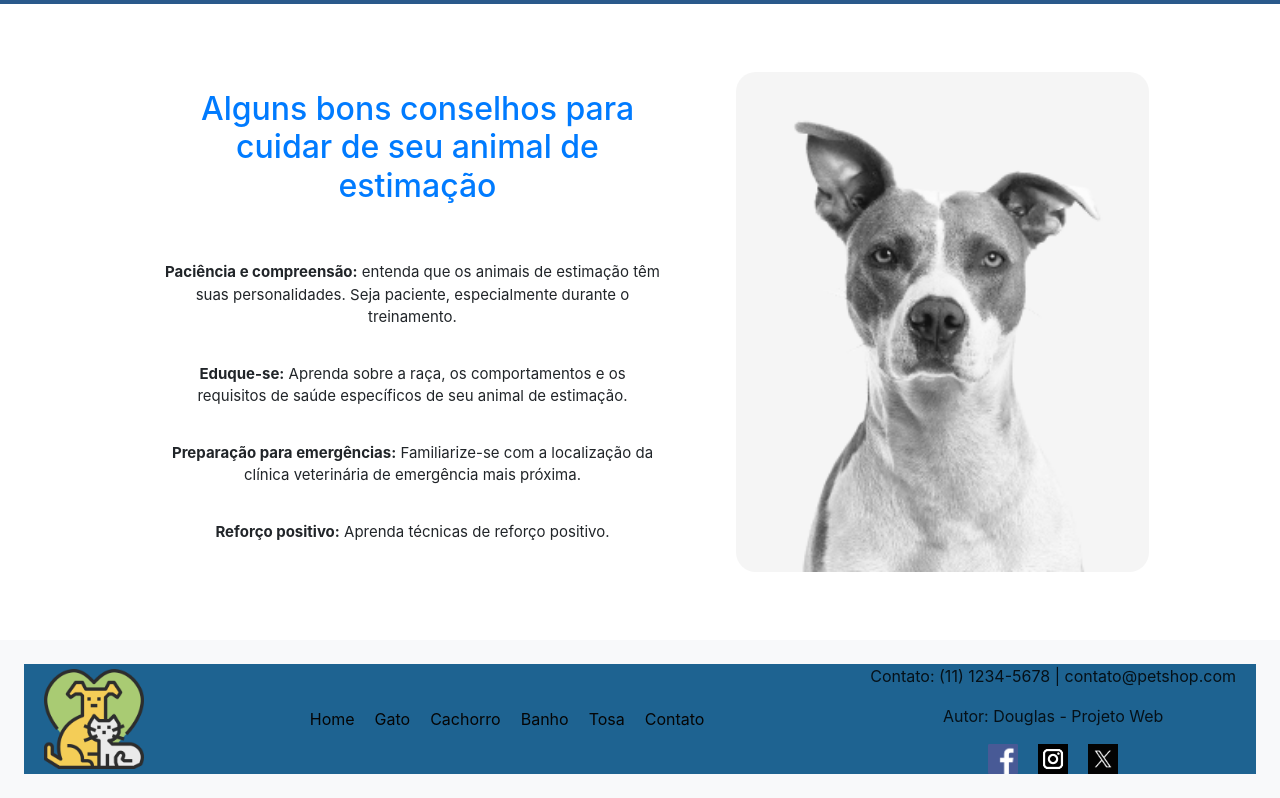
Repository: graeff01/petshop-project
Page: index.html
The author's editor kept a copy of each file at every save. The page is drawn from the files as they stood at one save, then again after the next save.
The browser window is 1280 px wide. The pictures show the part of the page from y = 870 to 1668 px (the page is 1668 px tall).
A picture or video elsewhere on the page could not be fetched, so the positions and the page height are approximate.

Above is the page before, as saved 2024-09-18 11:39:53.

### index.html
<!DOCTYPE html>
<html lang="pt-br">
<head>
    <meta charset="UTF-8">
    <meta name="viewport" content="width=device-width, initial-scale=1.0">
    <title>PetShop - Home</title>
    <link rel="stylesheet" href="css/style.css">
    <link href="https://maxcdn.bootstrapcdn.com/bootstrap/4.5.2/css/bootstrap.min.css" rel="stylesheet">
</head>
<body>
    <!-- Cabeçalho com menu de navegação -->
    <header class="blue-background text-center p-4">
        <h1>Encontre tudo o que você precisa para seu animal de estimação</h1>
        <nav>
            <ul class="nav justify-content-center">
                <li class="nav-item">
                    <a class="nav-link active" href="index.html">Home</a>
                </li>
                <li class="nav-item">
                    <a class="nav-link" href="gato.html">Serviço para Gatos</a>
                </li>
                <li class="nav-item">
                    <a class="nav-link" href="dog.html">Serviço para Cachorros</a>
                </li>
                <li class="nav-item">
                    <a class="nav-link" href="banho.html">Banho</a>
                </li>
                <li class="nav-item">
                    <a class="nav-link" href="tosa.html">Tosa</a>
                </li>
                <li class="nav-item">
                    <a class="nav-link" href="contato.html">Contato</a>
                </li>
            </ul>
        </nav>
    </header>


<!-- Seção com título explicativo -->
<section class="carousel-section container mt-5">
    <h2 class="text-center mb-4">Clique sobre o animal e vá para a sessão dele</h2> <!-- Título centralizado -->

    <!-- Carrossel de Imagens -->
    <div id="carouselExampleIndicators" class="carousel slide" data-ride="carousel">
        <div class="carousel-inner">
            <div class="carousel-item active">
                <a href="gato.html">
                    <img class="d-block w-100" src="img/cat.png" alt="Primeira imagem">
                </a>
            </div>
            <div class="carousel-item">
                <a href="dog.html">
                    <img class="d-block w-100" src="img/dog.png" alt="Segunda imagem">
                </a>
            </div>
        </div>
        <a class="carousel-control-prev" href="#carouselExampleIndicators" role="button" data-slide="prev">
            <span class="carousel-control-prev-icon" aria-hidden="true"></span>
            <span class="sr-only">Previous</span>
        </a>
        <a class="carousel-control-next" href="#carouselExampleIndicators" role="button" data-slide="next">
            <span class="carousel-control-next-icon" aria-hidden="true"></span>
            <span class="sr-only">Next</span>
        </a>
    </div>
</section>


    <!-- Seção de Fidelidade -->
    <section class="membership text-center p-4">
        <div class="membership-content d-flex align-items-center justify-content-center">
            <div class="membership-text text-center">
                <h3>Torne-se um membro<br>E obtenha desconto</h3>
                <a href="cliente.html" class="btn btn-dark">Virar Membro</a>
            </div>
            <div class="membership-image">
                <img src="img/fidelidade.jpg" alt="Gift" class="img-fluid">
            </div>
        </div>
    </section>

    <!-- Conselhos -->
    <main class="container mt-5">
        <div class="advice-section d-flex justify-content-center align-items-center">
            <div class="advice-text text-center">
                <h2>Alguns bons conselhos para cuidar de seu animal de estimação</h2><br><br>
                <p><strong>Paciência e compreensão:</strong> entenda que os animais de estimação têm suas personalidades. Seja paciente, especialmente durante o treinamento.</p> <br>
                <p><strong>Eduque-se:</strong> Aprenda sobre a raça, os comportamentos e os requisitos de saúde específicos de seu animal de estimação.</p><br>
                <p><strong>Preparação para emergências:</strong> Familiarize-se com a localização da clínica veterinária de emergência mais próxima.</p><br>
                <p><strong>Reforço positivo:</strong> Aprenda técnicas de reforço positivo.</p>
            </div>
            <div class="advice-image text-center">
                <img src="img/dogg.png" alt="Dog Advice" class="img-fluid">
            </div>
        </div>
    </main>

    <!-- Rodapé com informações de contato -->
    <footer class="footer mt-5 p-4 bg-light text-center">
        <div class="footer-container">
            <div class="footer-left">
                <img src="img/logo.png" alt="PetShop Logo" class="footer-logo">
            </div>
            <div class="footer-center">
                <ul class="footer-links">
                    <li><a href="index.html">Home</a></li>
                    <li><a href="gato.html">Gato</a></li>
                    <li><a href="dog.html">Cachorro</a></li>
                    <li><a href="banho.html">Banho</a></li>
                    <li><a href="tosa.html">Tosa</a></li>
                    <li><a href="contato.html">Contato</a></li>
                </ul>
            </div>
            <div class="footer-right">
                <p>Contato: (11) 1234-5678 | contato@petshop.com</p>
                <p>Autor: Douglas - Projeto Web</p>
                <div class="social-icons">
                    <a href="#"><img src="img/face.png" alt="Facebook"></a>
                    <a href="#"><img src="img/insta.png" alt="Instagram"></a>
                    <a href="#"><img src="img/x.png" alt="Twitter"></a>
                </div>
            </div>
        </div>
    </footer>

    <script src="https://code.jquery.com/jquery-3.5.1.slim.min.js"></script>
    <script src="https://cdn.jsdelivr.net/npm/@popperjs/core@2.9.2/dist/umd/popper.min.js"></script>
    <script src="https://maxcdn.bootstrapcdn.com/bootstrap/4.5.2/js/bootstrap.min.js"></script>
</body>
</html>

### css/style.css
/* Estilos globais */
body {
    font-family: Arial, sans-serif;
    margin: 0;
    padding: 0;
}

/* Cabeçalho */
header.blue-background {
    background-color: #2a598b;
    color: white;
    padding: 5px 0;
    text-align: center;
    width: 100%;
    box-sizing: border-box;
}

header.blue-background h1 {
    font-size: 24px;
}

nav ul {
    width: 100%;

    list-style: none; /* Remove marcadores de lista */
    display: flex;
    background-color: #2a619cce;
    padding: 5px 0;
}

nav ul li {
    margin: 0;
    padding: 0;
}

nav ul li a {
    color: rgb(255, 255, 255);
    text-decoration: none;
    font-size: 15px;
    transition: color 0.3s ease;
}

nav ul li a:hover {
    color: #2a3085;
}

/* Barra de busca */
.search-bar {
    padding: 10px;
    font-size: 16px;
    width: 50%;
    margin: 20px auto;
    border-radius: 20px;
    border: 2px solid #ffffff;
    transition: all 0.3s ease;
}

.search-bar:focus {
    border-color: #e61212;
    outline: none;
}

/* Carrossel */
.carousel-item img {
    max-height: 300px;
    max-width: 200px;
    margin-left: 450px;
    object-fit: cover;
    margin-bottom: 40px;
}

/* Alterar a cor usando filter */
.carousel-control-prev-icon,
.carousel-control-next-icon {
    filter: invert(100%) sepia(100%) saturate(0%) hue-rotate(0deg) brightness(100%) contrast(100%);
    /* Modifique `invert` e outros valores para ajustar a cor */
}

/* Seção de Membros */
section.membership {
    background-color: #2a598b;
    padding: 60px 0;
    text-align: center;
    width: 100%;
    box-sizing: border-box;
}

.membership-content {
    background-color: #fff;
    border: 1px solid #000000ee;
    border-radius: 20px;
    padding: 20px;
    display: flex;
    align-items: center;
    text-align: left;
    max-width: 900px;
    margin: auto;
}

.membership-text {
    margin-right: 20px;
    text-align: center;
}

.membership-text h3 {
    font-size: 35px;
    margin-bottom: 10px;
}

.membership-image {
    flex: 1;
    text-align: center;
}

.membership-image img {
    max-width: 500px;
    height: auto;
    border-radius: 20px;
}

/* Seção de conselhos */
.advice-section {
    display: flex;
    justify-content: space-between;
    align-items: center;
    padding: 20px 0;
}

.advice-text {
    flex: 1;
    margin-left: 80px;
}

.advice-text h2 {
    color: #007bff;
}

.advice-text p {
    font-size: 15px;
    margin-right: 10px;
    margin-bottom: 10px;
}

.advice-image {
    flex: 1;
    margin-left: 20px;
}

.advice-image img {
    max-width: 100%;
    height: 500px;
    border-radius: 20px;
}

/* Rodapé */
.footer {
    background-color: #1e6391;
    padding: 20px 0;
    color: rgba(0, 0, 0, 0.836);
    text-align: center;
    width: 100%;
}

.footer-container {
    background-color: #1e6391;
    display: flex;
    justify-content: space-between;
    align-items: center;
    max-width: 2500px;
    margin: 0 auto;
    padding: 0 20px;
    box-sizing: border-box;
}

.footer-left img {
    width: 100px;
}

.footer-center {
    flex: 1;
}

.footer-links {
    list-style-type: none;
    padding: 0;
    margin: 0;
    display: flex;
    justify-content: center;
}

.footer-links li {
    margin: 0 10px;
}

.footer-links a {
    color: rgb(5, 5, 5);
    text-decoration: none;
    font-size: 16px;
}

.footer-links a:hover {
    text-decoration: underline;
}

.footer-right .social-icons {
    display: flex;
    justify-content: center;
}

.footer-right .social-icons a {
    margin: 0 10px;
}

.footer-right .social-icons img {
    width: 30px;
    height: 30px;
}

After the next save:
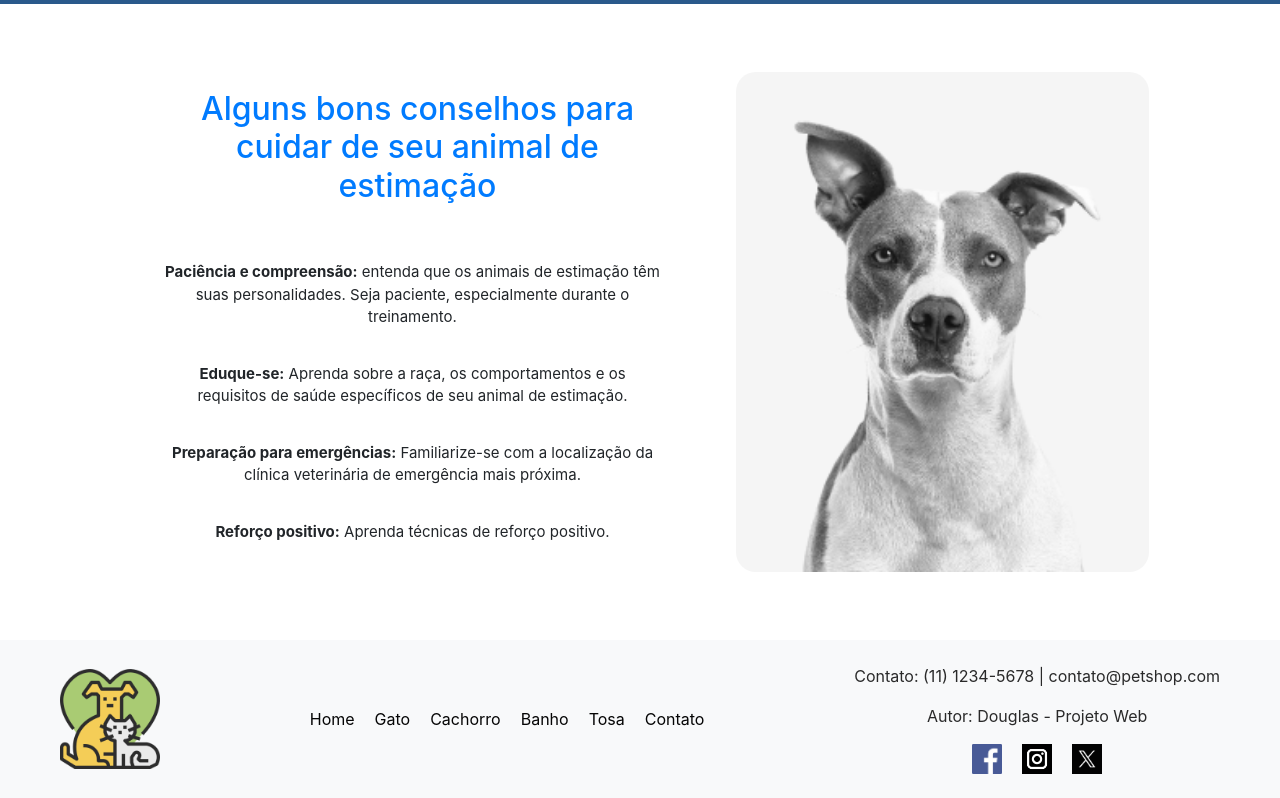
Saved 6 s later.
--- a/css/style.css
+++ b/css/style.css
@@ -162,11 +162,10 @@ section.membership {
 }
 
 .footer-container {
-    background-color: #1e6391;
     display: flex;
     justify-content: space-between;
     align-items: center;
-    max-width: 2500px;
+    max-width: 1200px;
     margin: 0 auto;
     padding: 0 20px;
     box-sizing: border-box;
